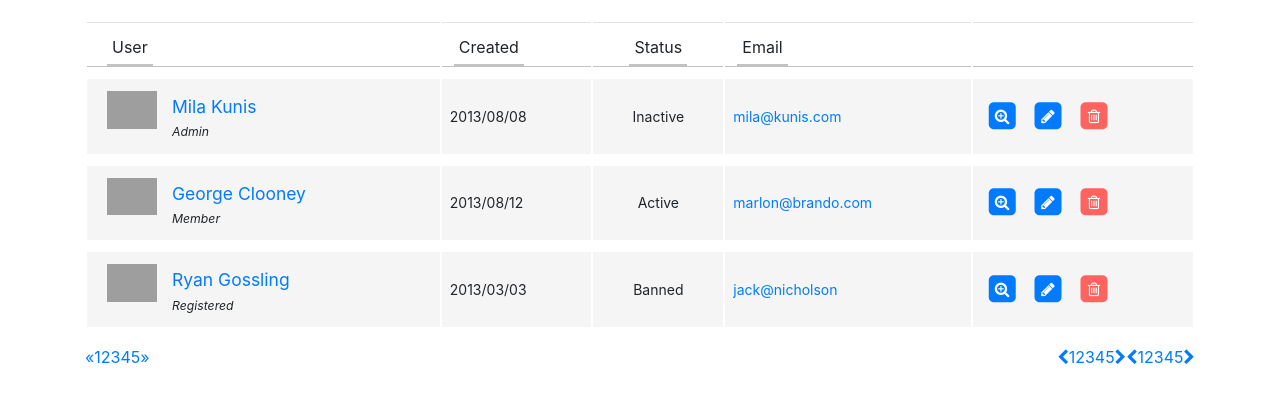
Repository: tienhoang123/Demo
Page: http://localhost/User/WEB-INF/views/home.jsp
These files come from the project's save history. The page is drawn as it stood at one moment and after the next save; the edit follows.
The browser window is 1280 px wide. The pictures show the whole page.
Pictures or frames that could not be fetched are drawn as grey boxes. Some web libraries are served in a nearby version. The page is served by Tomcat 9. Nobody is signed in. The template is opened directly, without the code that normally fills it, so the values that code supplies are empty.

Above is the page before, as saved 2019-10-14 06:30:15.
Console error: TypeError: Cannot read properties of undefined (reading 'fn')

After the next save:
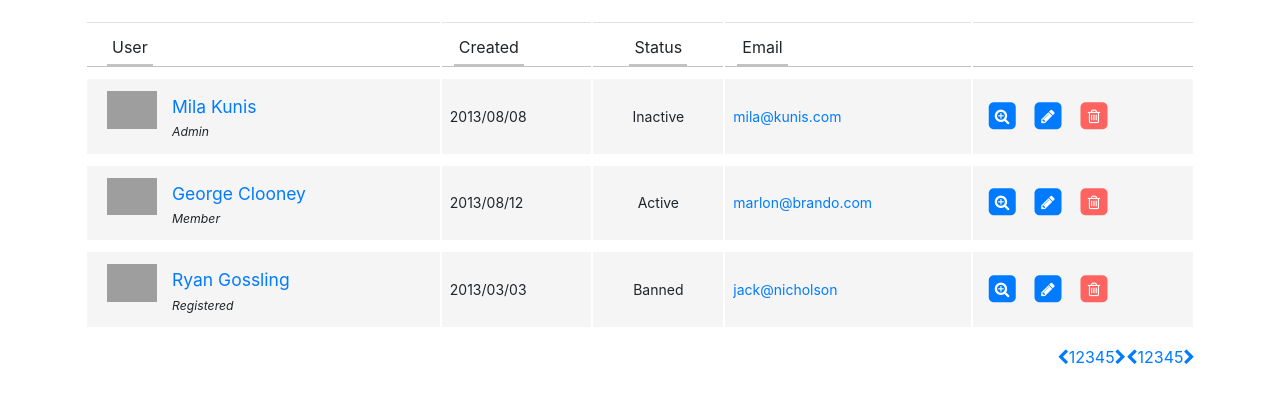
Saved 11 s later.
--- a/DemoCrud/User/src/main/webapp/WEB-INF/views/home.jsp
+++ b/DemoCrud/User/src/main/webapp/WEB-INF/views/home.jsp
@@ -128,15 +128,7 @@
 						<li><a href="#">5</a></li>
 						<li><a href="#"><i class="fa fa-chevron-right"></i></a></li>
 					</ul>
-					<ul class="pagination">
-              <li class="disabled"><a href="#">«</a></li>
-              <li class="active"><a href="#">1 <span class="sr-only">(current)</span></a></li>
-              <li><a href="#">2</a></li>
-              <li><a href="#">3</a></li>
-              <li><a href="#">4</a></li>
-              <li><a href="#">5</a></li>
-              <li><a href="#">»</a></li>
-            </ul>
+
 
 				</div>
 			</div>
